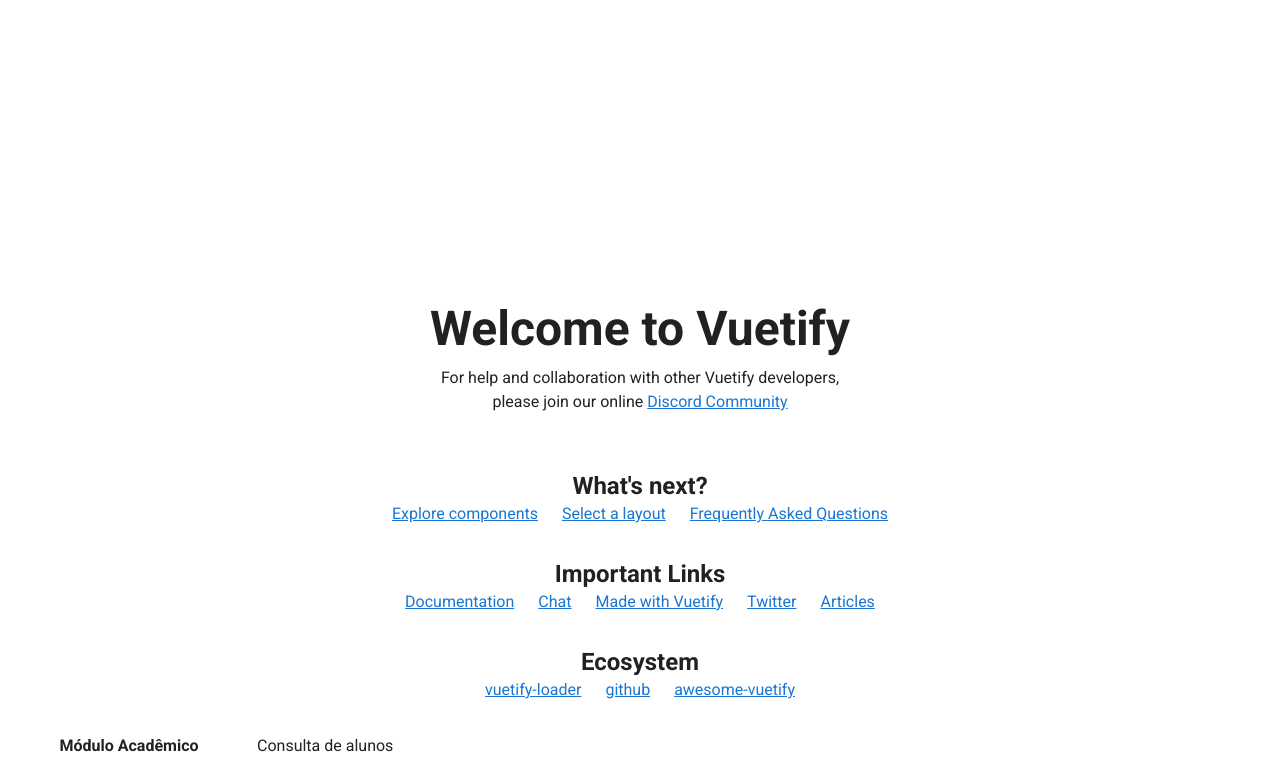
Repository: sergiohidekiono/vue-student
Page: /
An editor plug-in stored every save of this project. The page is shown before and after a run of saves, followed by the edit.
The browser window is 1280 px wide. The pictures show the whole page.
The project was rebuilt for these pictures with package versions that can differ from the ones it lists, and the page was loaded fresh each time. Also part of the build but not shown: vue.config.js.

Above is the page before, as saved 2024-08-07 09:11:02.

After the next 2 saves:
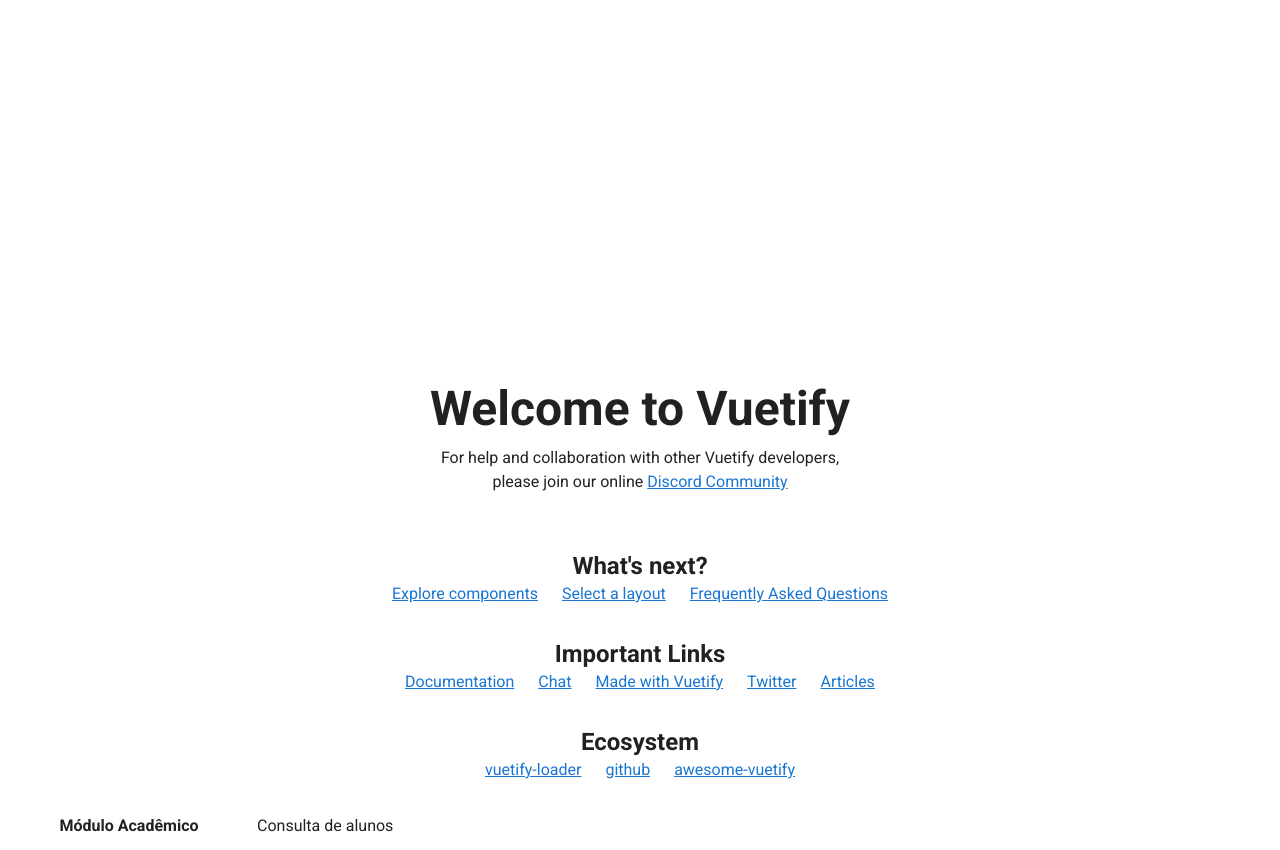
The 2 saves are shown as one change because they came seconds apart.
The last was saved 16 s later.
--- a/src/App.vue
+++ b/src/App.vue
@@ -1,7 +1,7 @@
 <template>
   <v-app>
     <div class="d-flex align-start">
-      <v-img :src="require('./assets/logo.png')" class="my-3" contain height="20" width="40" />
+      <v-img :src="require('./assets/logo.png')" class="my-3" contain height="100"/>
     </div>
 
     <v-main>
